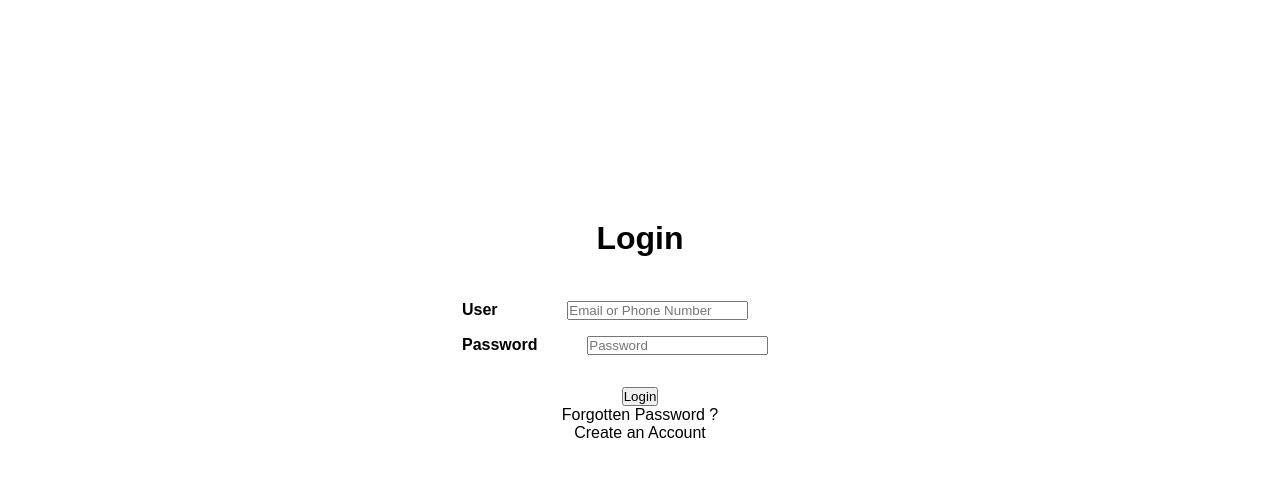
Repository: Naohonproject/web101x02_asm1
Page: login.html
These files come from the project's save history. The page is drawn as it stood at one moment and after a run of saves; the edit follows.
The browser window is 1280 px wide. The pictures show the whole page.

Above is the page before, as saved 2022-01-15 23:39:13.

After the next 2 saves:
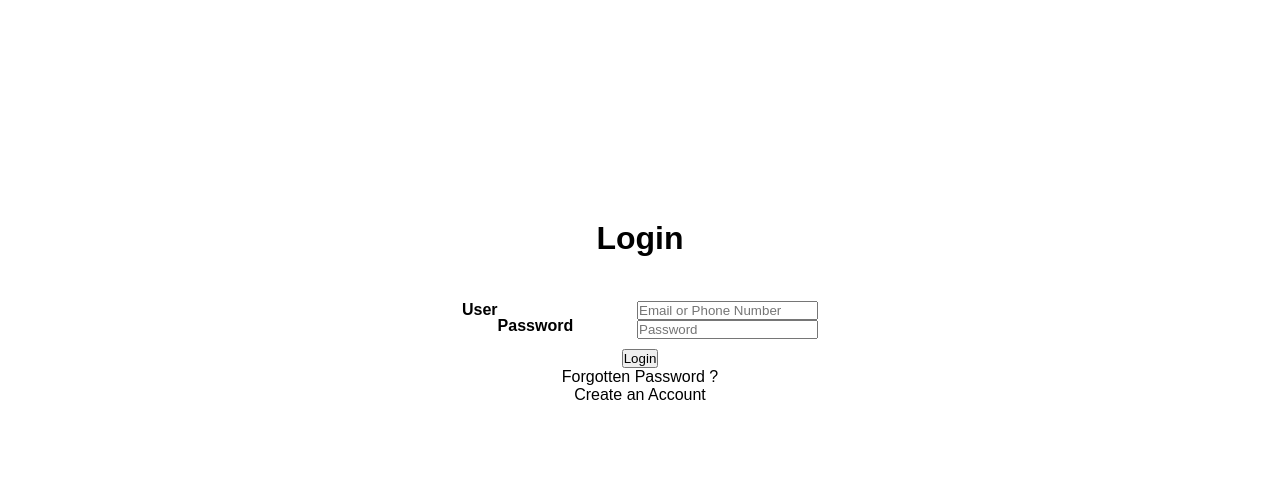
The 2 saves are shown as one change because they came seconds apart.
The last was saved 28 s later.
--- a/assets/css/style.css
+++ b/assets/css/style.css
@@ -209,3 +209,8 @@ a {
 	display: inline-block;
 	float: left;
 }
+
+.form .user-input input {
+	display: inline-block;
+	float: right;
+}
